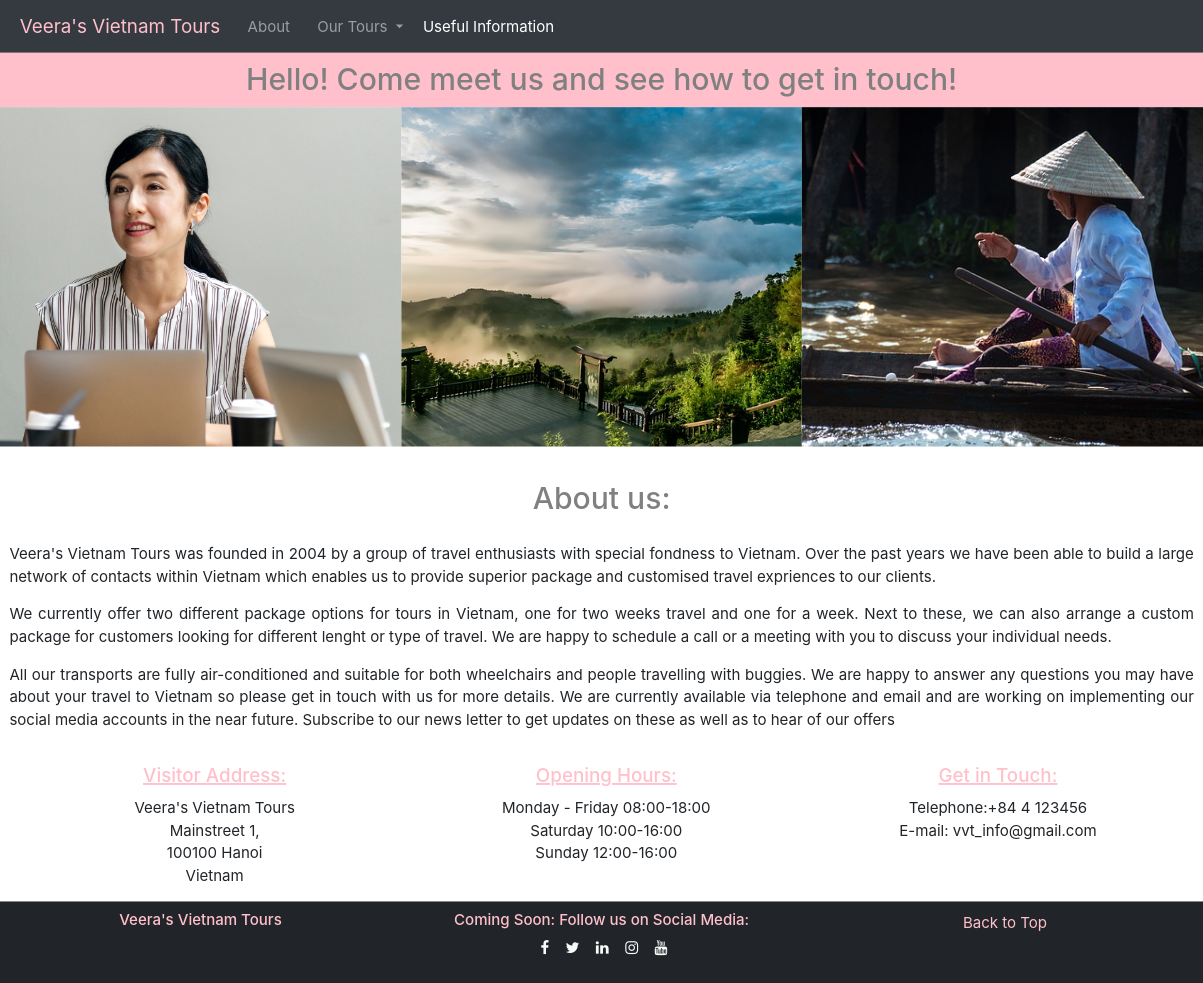
Repository: VAhola/VietnamTour
Page: about.html
The author's editor kept a record of every edit. The page is drawn from the files as they stood at one moment, then again after the next edit.
The browser window is 1280 px wide. The pictures show the whole page, at 94% of full size.

Above is the page before.

### about.html
<!DOCTYPE html>
<html lang="en">
<head>
    <meta charset="UTF-8">
    <meta name="viewport" content="width=device-width, initial-scale=1.0">
    <meta http-equiv="X-UA-Compatible" content="ie=edge">
    <link rel="stylesheet" href="https://stackpath.bootstrapcdn.com/bootstrap/4.3.1/css/bootstrap.min.css" type="text/css" />
    <link rel="stylesheet" href="https://stackpath.bootstrapcdn.com/font-awesome/4.7.0/css/font-awesome.min.css" type="text/css" />
    <link rel="stylesheet" href="style.css" type="text/css"/>
    <title>Vietnam Project</title>
</head>
<body>

<!--Nav-->

<nav class="navbar navbar-dark navbar-expand-sm bg-dark top">
    <a href="index.html" class="navbar-brand title">Veera's Vietnam Tours</a>
    <button class="navbar-toggler ml-auto" type="button" data-toggle="collapse" data-target="#navbarNavDropdown" aria-controls="navbarNavDropdown" aria-expanded="false" aria-label="Toggle navigation">
        <span class="navbar-toggler-icon"></span>
    </button>
    <div class="collapse navbar-collapse" id="navbarNavDropdown">
            <ul class="navbar-nav mr-auto">
                <li class="nav-item mr-2"><a class="nav-link" href="about.html">About</a></li>
                <li class="nav-item dropdown">
                    <a class="nav-link dropdown-toggle" href="#" id="navbarDropdownMenuLink" role="button" data-toggle="dropdown" aria-haspopup="true" aria-expanded="false">
          Our Tours
        </a>
                    <div class="dropdown-menu" aria-labelledby="navbarDropdownMenuLink">
                        <a class="dropdown-item" href="16d.html">16 Day Complete Vietnam</a>
                        <a class="dropdown-item" href="8d.html">8 Days Vietnam at glance</a>
                    </div>
                </li>
                <li class="active nav-item mr-2"><a class="nav-link" href="Info.html">Useful Information</a></li>
            </ul>
            </div>
        </nav>
<!-- /.nav -->


<!--Banner-->

<div class=section3>
    <h2 class="intro1">
     Hello! Come meet us and see how to get in touch!
    </h2>
 </div>

<div class="gallery1">
<figure class="gallery_item gallery__item1">
    <img src="Assets/pictures/adult-casual-coffee-1413655.jpg" class="gallery__img" alt="Image 1">
</figure>
<figure class="gallery__item gallery__item--2">
    <img src="Assets/pictures/pagoda-2096468_640.jpg" class="gallery__img" alt="Image 2">
</figure>
<figure class="gallery__item gallery__item--3">
    <img src="Assets/pictures/vietnam-630445_640.jpg" class="gallery__img" alt="Image 3">
    </figure>
  </div>

<!-- /.banner -->


        <h2>About us:</h2>

<section class="about_us">
<p>Veera's Vietnam Tours was founded in 2004 by  a group of travel enthusiasts with special fondness to Vietnam. Over the past years we have been able to build a large network of contacts within Vietnam which enables us to provide superior package and customised travel expriences to our clients.</p>

<p>We currently offer two different package options for tours in Vietnam, one for two weeks travel and one for a week. Next to these, we can also arrange a custom package for customers looking for different lenght or type of travel.
We are happy to schedule a call or a meeting with you to discuss your individual needs.</p>

<p>All our transports are fully air-conditioned and suitable for both wheelchairs and people travelling with buggies.

We are happy to answer any questions you may have about your travel to Vietnam so please get in touch with us for more details. We are currently available via telephone and email and are working on implementing our social media accounts in the near future.

Subscribe to our news letter to get updates on these as well as to hear of our offers
</p>

</section>
</div>
</div>



<div class="row contacts">
    <div class="col-md-4">
        <ul>
        <h5>Visitor Address:</h5>
        <li>Veera's Vietnam Tours</li>
        <li>Mainstreet 1, </li>
        <li>100100 Hanoi </li>
        <li>Vietnam </li>
        </ul>
    </div>
    <div class="col-md-4">
        <h5>Opening Hours:</h5>
        <ul>
            <li>Monday - Friday 08:00-18:00</li>
            <li>Saturday 10:00-16:00</li>
            <li>Sunday  12:00-16:00</li>
        </ul>
    </div>
    <div class="col-md-4">
        <h5>Get in Touch:</h5>
        <ul>
            <li>Telephone:+84 4 123456</li>
            <li>E-mail: vvt_info@gmail.com</li>
        </ul>
    </div>

</div>


 <footer class="container-fluid site">
        <div id="footer-details" class="row">
            <div class="col-sm-4 center">
                 <h6>Veera's Vietnam Tours</h6>
            </div>
            <div class="col-sm-4 center">
                <h6 class="inline-block center">Coming Soon: Follow us on Social Media:</h6>
                <ul class="list-inline center">
                    <li class="list-inline-item">
                        <a target="_blank" href="#">
                            <i class="fa fa-facebook" aria-hidden="true"></i>
                            <span class="sr-only">Facebook</span>
                        </a>
                    </li>
                    <li class="list-inline-item">
                        <a target="_blank" href="#">
                            <i class="fa fa-twitter" aria-hidden="true"></i>
                            <span class="sr-only">Twitter</span>
                        </a>
                    </li>
                    <li class="list-inline-item">
                        <a target="_blank" href="#">
                            <i class="fa fa-linkedin" aria-hidden="true"></i>
                            <span class="sr-only">LinkedIn</span>
                        </a>
                    </li>
                    <li class="list-inline-item">
                        <a target="_blank" href="#">
                            <i class="fa fa-instagram" aria-hidden="true"></i>
                            <span class="sr-only">Instagram</span>
                        </a>
                    </li>
                    <li class="list-inline-item">
                        <a target="_blank" href="#">
                            <i class="fa fa-youtube" aria-hidden="true"></i>
                            <span class="sr-only">YouTube</span>
                        </a>
                    </li>
                </ul>
            </div>
           <div class="col-sm-4 center">
                <a href="#top" style="color:pink">Back to Top</a>
            </div>
        </div>
 </footer>



    <script src="https://code.jquery.com/jquery-3.3.1.slim.min.js" integrity="sha384-q8i/X+965DzO0rT7abK41JStQIAqVgRVzpbzo5smXKp4YfRvH+8abtTE1Pi6jizo" crossorigin="anonymous"></script>
    <script src="https://cdnjs.cloudflare.com/ajax/libs/popper.js/1.14.3/umd/popper.min.js" integrity="sha384-ZMP7rVo3mIykV+2+9J3UJ46jBk0WLaUAdn689aCwoqbBJiSnjAK/l8WvCWPIPm49" crossorigin="anonymous"></script>
    <script src="https://stackpath.bootstrapcdn.com/bootstrap/4.1.3/js/bootstrap.min.js" integrity="sha384-ChfqqxuZUCnJSK3+MXmPNIyE6ZbWh2IMqE241rYiqJxyMiZ6OW/JmZQ5stwEULTy" crossorigin="anonymous"></script>

</body>
</html>

### style.css
html {
    border: none;
}

/*------------- Styling the header -----------*/

.header {
    background-color: #4F4F4F;
    background-position: center;
    text-align: center;
    background-size: cover;
    color: #fafafa;
    margin:0;
    padding-bottom: 10px;
    padding-top: 10px;

}


.button {
    color: white;
}


.navbar-dark .navbar-brand {
    color: pink;

}

.dropdown-menu {
    background-color: #4F4F4F;
}

.dropdown-item {
    color: #b9bec3;
}


a {
    color:#fafafa;
    margin-left: 5px;
}

.section1 {
    background-size: cover;
    text-align: center;
    background-image: url(Assets/pictures/bamboo-boat-clouds-cloudscape-2132098.jpg);
    background-repeat: no-repeat;
    min-height: 380px;
    color: black;
    padding: 0px;
    background-position-y: bottom;
    background-position-x: center;
    background-color: darkgray;
}

.intro {
    background-color: pink;
    padding: 10px 5px;
    color: gray;
}

.intro1 {
    background-color: pink;
    padding: 10px 5px;
    color: gray;
    margin-bottom: 0px;
}

.welcome {
    padding:10px 5px;
}

h2 {
    color: gray;
    text-align: center;
    padding-bottom:20px;
    padding-top: 20px;
}

h3{
    color: PINK;
    text-align: center;
    padding-bottom:20px;
    padding-top: 20px;
}

h5 {
    color: pink;
    text-align: center;
    margin-top: 20px;
    margin-bottom: 10px;
    text-decoration: underline;
}


li {
    list-style: none;
    text-align: center
}

img.quote {
    border-style: solid;
    border-color: gray;
    float: right;
}

dl, ol, ul {
    margin-top: 0;
    margin-bottom: 1rem;
    padding: 0;
}

.tours {
    color:darkgray;
    text-align:center;
    margin-bottom:30px;
}

.section3 {
    background-size: cover;
    text-align: center;
    color: black;
}


.about_us {
    text-align: justify;
    margin-left: 10px;
    margin-right: 10px;
}

.contacts {
    margin-left: 20px;
    margin-right: 10px;
}

.compact {
    margin: 0;
}

.man {
    background-image: url(Assets/pictures/hanoi-man-market-1004123.jpg);

}

.btn-success1 {
    color: #fff;
    background-color: pink;
    border-color: gray;
    border-width: thick;
}


.towel {
 text-align:center;
 padding-left:15px;
 padding-right:15px;
 background-color: yellow;
 display: unset;
}

div.container4 {
    height: 1em;
    position: relative;

}
div.container4 p {
    margin: 0;
    background: yellow;
    position: absolute;
    top: 50%;
    left: 50%;
    margin-right: -50%;
    transform: translate(-50%, -50%);
    display:unset;
    padding: 5px 10px;

}

* {
  box-sizing: border-box;
}

div.box {
  float: left;
  width: 50%;
  padding: 20px;
}

div.center {
    text-align: center;
}

.clearfix::after {
  content: "";
  clear: both;
  display: table;
  padding: 20px;
}

.internary16 {
    text-align: left;
    margin: 10px 20px;
    align-content: center;
    text-align: justify;
}

.right {
    height:200px;
    word-break: break-word;
    float:right;
    margin: 5px;
}

.left {
    height:200px;
    word-break: break-word;
    float:left;
    margin: 5px;
}

.woman {
    float: right;
}


article {
    margin: 5px;
}

img.iten_right {
    border: 1px solid #ddd;
    border-radius: 4px;
    padding: 5px;
    width: 300px;
    margin-left: 10px;
}

img.iten_left {
    border: 1px solid #ddd;
    border-radius: 4px;
    padding: 5px;
    width: 300px;
    margin-right: 10px;
}

img.map_right {
    border: 1px solid #ddd;
    border-radius: 4px;
    width: 220px;
    margin:20px 10px;
}

.info_left {
    border: 3px solid #ddd;
    border-radius: 4px;
    width: 220px;
    margin-right:10px;
}

.info_right {
    border: 2px solid #ddd;
    border-radius: 4px;
    width: 220px;
    margin-left:10px;
}

banner2 {
    display: inline-block;
}

.gallery1 {
    display: grid;
    grid-template-columns: repeat(3, 1fr);
    padding-top:0px;
    margin: 0px;
}

.section2 {
    background-size: cover;
    text-align: center;
    background-image: url(Assets/pictures/chaly-pavement-road-2044867.jpg);
    background-repeat: no-repeat;
    min-height: 380px;
    color: black;
    padding: 0px;
    background-position-y: bottom;
    background-position-x: center;
}

.section4 {
    background-size: cover;
    text-align: center;
    background-image: url(Assets/pictures/chaly-pavement-road-2044867.jpg);
    background-repeat: no-repeat;
    min-height: 380px;
    color: black;
    padding: 0px;
    background-position-y: bottom;
    background-position-x: center;
}

.section5 {
    background-size: cover;
    text-align: center;
    background-image: url(Assets/pictures/IMG-20190712-WA0006_a.jpg);
    background-repeat: no-repeat;
    min-height: 380px;
    color: black;
    padding: 0px;
    background-position-y: bottom;
    background-position-x: center;
}

.dest {
    margin-left: 10px;
    margin-right: 10px;
    padding: 10px;
    text-align: justify;
}

.info {
    margin-top:20px;
}
.desth {
    margin-left: 10px;
    margin-right: 10px;
    text-align:justify;
}

.ready {
    background-clip: white;
    margin-left: 10px;
    margin-right: 10px;
}

.grid-container-new {
  display: grid;
  justify-content: space-evenly;
  grid-template-columns: 25% 25% 25%; /*Make the grid smaller than the container*/
  grid-gap: 5px;
  padding: 10px;
}

.grid-container {
  display: grid;
  justify-content: space-evenly;
  grid-template-columns: 80% 20%; /*Make the grid smaller than the container*/
  grid-gap: 5px;
  padding: 10px;
}

.grid-item {
  background-color: rgba(255, 255, 255, 0.8);
  border: 1px solid rgba(0, 0, 0, 0.8);
  padding: 20px;
  font-size: 30px;
  text-align: center;
}

.gallery {
    display: grid;
    grid-template-columns: repeat(4, 1fr);
    grid-gap: 10px;
    padding-top:5px;
    margin: 30px 5px;
}

.gallery__img {
    width: 100%;
    height: 100%;
    object-fit: cover;
}

.people {
    display: grid;
    grid-template-columns: repeat(2, 1fr);
    grid-gap: 10px;
    margin-left: 5px;
    margin-right: 5px;
    padding-top:5px;
}

.people__img {
    width: 100%;
    height: 100%;
    object-fit: cover;
}


.header5 {
    color: pink;
    text-decoration: underline;
}

footer.site {
    background-color: #212529;
    color: pink;
    background-size: cover;
    margin-bottom: 0;
    padding-bottom: 10px;
    padding-top: 10px;
}

.bottom {
    margin-bottom: 0;
}
/* media queries */

@media (max-width:767px) {
    body {
    font-size:small;
    }
    .review{
    text-align:center;
    padding:20px 10px;
    margin-bottom:40px;
    display:inline;
    font-size:smaller;
    }
    h1{
    font-size:small;
    }
    h2 {
        font-size:smaller;
    }
    em {
    font-size: x-small;
    }

    img.map_right {
    border: 1px solid #ddd;
    border-radius: 4px;
    width: 130px;
    margin-left: 10px;
    }

    img.iten_left{
    width: 50px;
    }

    .section2 {
    background-size: cover;
    text-align: center;
    background-image: url(Assets/pictures/chaly-pavement-road-2044867.jpg);
    background-repeat: no-repeat;
    min-height: 180px;
    color: black;
    padding: 0px;
    background-position-y: bottom;
    background-position-x: center;
    }
    .section1 {
    background-size: cover;
    text-align: center;
    background-image: url(Assets/pictures/bamboo-boat-clouds-cloudscape-2132098.jpg);
    background-repeat: no-repeat;
    min-height: 180px;
    color: black;
    padding: 0px;
    background-position-y: bottom;
    background-position-x: center;
    background-color: darkgray;
}
.section5 {
    background-size: cover;
    text-align: center;
    background-image: url(Assets/pictures/IMG-20190712-WA0006_a.jpg);
    background-repeat: no-repeat;
    min-height: 180px;
    color: black;
    padding: 0px;
    background-position-y: bottom;
    background-position-x: center;
}
}

@media (min-width: 768px) and (max-width: 991px) {
}
    .review {
    text-align:center;
    padding:20px 10px;
    margin-bottom:40px;
    display:flex;
    }
}

@media (min-width: 992px) and (max-width: 1800px) {
    .review{
    text-align:center;
    padding:20px 10px;
    margin-bottom:40px;
    margin-left: 20px;
    margin-right: 20px;
    display:inline-flex;
    }
}

After the next edit:
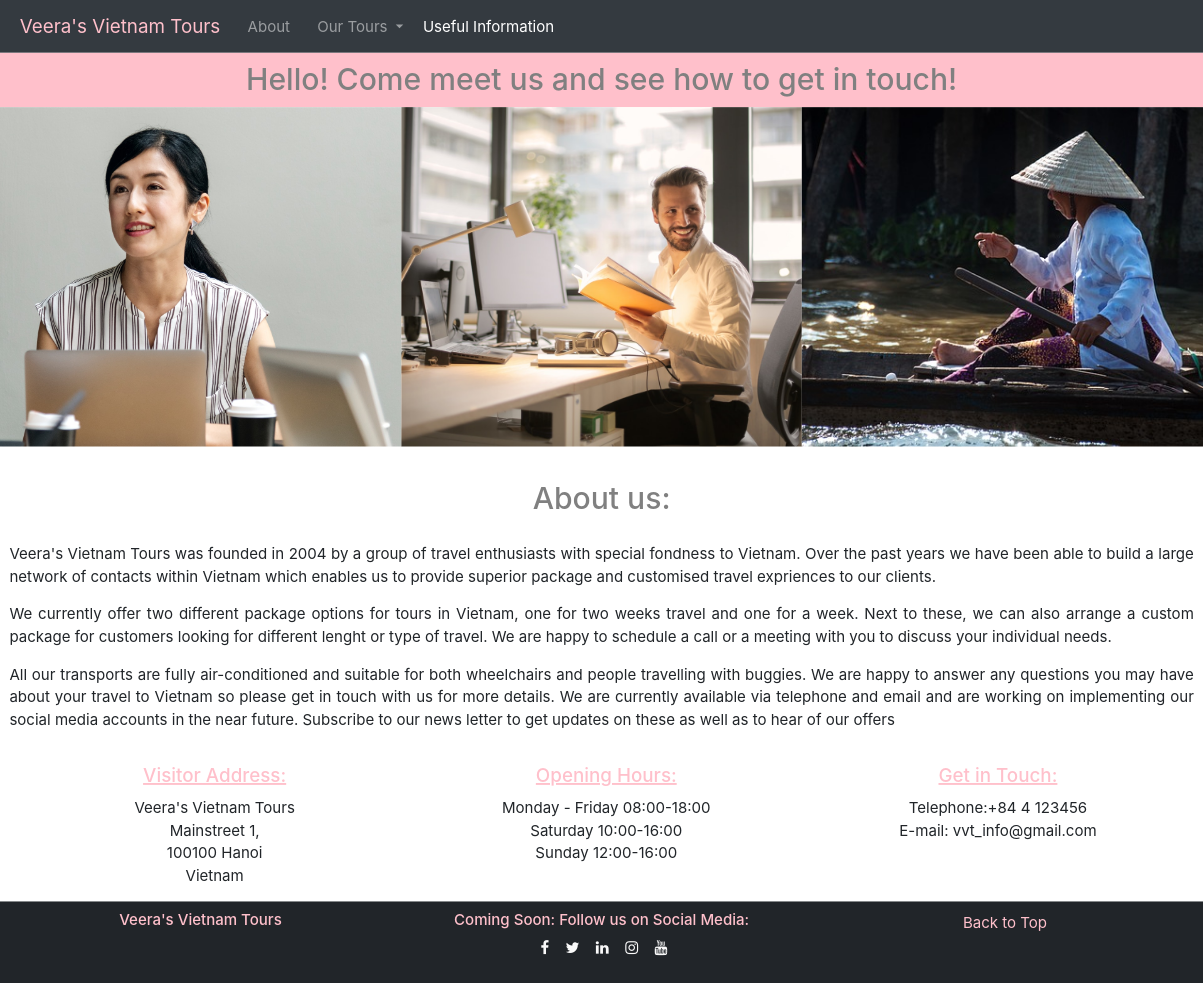
The edit:
--- a/about.html
+++ b/about.html
@@ -50,7 +50,7 @@
     <img src="Assets/pictures/adult-casual-coffee-1413655.jpg" class="gallery__img" alt="Image 1">
 </figure>
 <figure class="gallery__item gallery__item--2">
-    <img src="Assets/pictures/pagoda-2096468_640.jpg" class="gallery__img" alt="Image 2">
+    <img src="Assets/pictures/adult-blur-businessman-927022.jpg" class="gallery__img" alt="Image 2">
 </figure>
 <figure class="gallery__item gallery__item--3">
     <img src="Assets/pictures/vietnam-630445_640.jpg" class="gallery__img" alt="Image 3">
